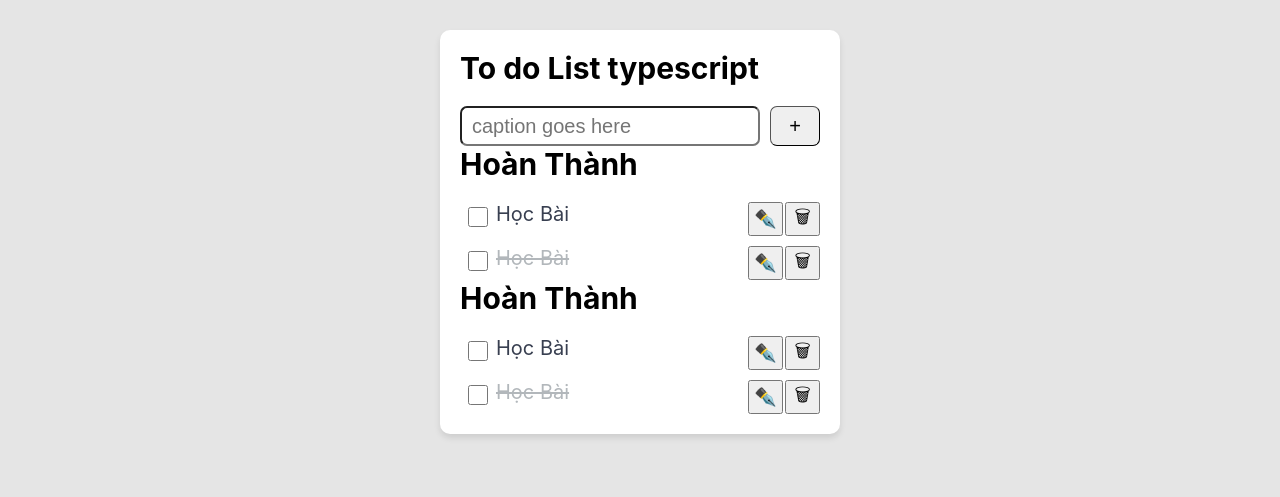
Repository: hungdomanh95/focus
Page: /
An editor plug-in stored every save of this project. The page is shown before and after the next save, followed by the edit.
The browser window is 1280 px wide. The pictures show the whole page.
The project was rebuilt for these pictures with package versions that can differ from the ones it lists, and the page was loaded fresh each time.

Above is the page before, as saved 2023-04-06 23:46:18.

### src/index.css
*{
 margin:0;
 padding:0;
 box-sizing: border-box;
}
html{
  font-size: 10px;
  --font-size:2rem
}
body {
  margin: 0;
  font-size: var(--font-size);
  font-family: -apple-system, BlinkMacSystemFont, 'Segoe UI', 'Roboto', 'Oxygen',
    'Ubuntu', 'Cantarell', 'Fira Sans', 'Droid Sans', 'Helvetica Neue',
    sans-serif;
  -webkit-font-smoothing: antialiased;
  -moz-osx-font-smoothing: grayscale;
  background-color: #e5e5e5;
}
input, button{
  font-size: var(--font-size);
  outline: 0;
}
code {
  font-family: source-code-pro, Menlo, Monaco, Consolas, 'Courier New',
    monospace;
}
.mb-2{
  margin-bottom: 2rem;
}

### src/App.tsx
import React, { useState } from "react";
import PushNotification from "./components/PushNotification";
import TodoList from "./components/TodoList";
function App() {

  return (
    <div className="App">
      {/* <PushNotification/> */}
      <TodoList/>
    </div>
  );
}

export default App;

### src/components/TodoList/index.ts
import TodoList from "./TodoList";

export default TodoList

### src/components/TodoList/TodoList.tsx
import React, { useState } from 'react'
import { Todo } from '../../@types/todo.type'
import TaskInput from '../TaskInput'
import TaskList from '../TaskList'
import styles from './todoList.module.scss'
function TodoList() {
  const [todos, setTodos] = useState<Todo[]>([])

  const doneTodos = todos.filter((todo) => todo.done)
  const notDoneTodos = todos.filter((todo) => !todo.done)

  const addTodo = (name: string) => {
    const todo: Todo = {
      name,
      done: false,
      id: new Date().toISOString()
    }
    setTodos((prev) => [...prev, todo])
  }

  const handleDoneTodo = (id: string, done: boolean) => {
    setTodos((prev) => {
      return prev.map((item) => {
        if (item.id === id) {
          return { ...item, done }
        }
        return item
      })
    })
  }
  console.log('todos: ', todos)

  return (
    <div className={styles.todoList}>
      <div className={styles.todoListContainer}>
        <TaskInput addTodo={addTodo} />
        <TaskList todos={notDoneTodos} handleDoneTodo={handleDoneTodo} />
        <TaskList doneTaskList todos={doneTodos} handleDoneTodo={handleDoneTodo} />
      </div>
    </div>
  )
}

export default TodoList

### src/components/TaskInput/index.ts
import TaskInput from "./TaskInput";

export default TaskInput

### src/components/TaskList/index.ts
import TaskList from "./TaskList";

export default TaskList

### src/components/TodoList/todoList.module.scss
.todoList{
  padding:3rem
}
.todoListContainer{
  background-color: #fff;
  max-width: 40rem;
  padding:2rem;
  margin-left: auto;
  margin-right: auto;
  border-radius: 1rem;
  box-shadow: 0px 4px 6px rgba(0,0,0,0.1);
}

### src/components/TaskInput/TaskInput.tsx
import React from 'react'
import styles from "./taskInput.module.scss"
function TaskInput() {
  return (
    <div>
      <h1 className={styles.title}>
        To do List typescript
      </h1>
      <form className={styles.form}>
        <input type="text" placeholder='caption goes here' />
        <button type="submit" >+</button>
      </form>
    </div>
  )
}

export default TaskInput

### src/components/TaskList/TaskList.tsx
import React from 'react'
import styles from './taskList.module.scss'
function TaskList() {
  return (
    <div>
      <h2 className={styles.title}>Hoàn Thành</h2>
      <div className={styles.tasks}>
        <div className={styles.task}>
          <input type='checkbox' className={styles.taskCheckbox} />
          <span className={styles.taskName}>Học Bài</span>
          <div className={styles.taskAction}>
            <button className={styles.taskBtn}>✒️</button>
            <button className={styles.taskBtn}>🗑</button>
          </div>
        </div>
        <div className={styles.task}>
          <input type='checkbox' className={styles.taskCheckbox} />
          <span className={`${styles.taskName} ${styles.taskNameDone}`}>Học Bài</span>
          <div className={styles.taskAction}>
            <button className={styles.taskBtn}>✒️</button>
            <button className={styles.taskBtn}>🗑</button>
          </div>
        </div>
      </div>
    </div>
  )
}

export default TaskList

### src/components/TaskInput/taskInput.module.scss
.title {
  font-size: 3rem;
  margin-bottom: 2rem;
}
.form {
  display: flex;
  align-items: center;
  input {
    height: 4rem;
    flex-grow: 1;
    margin-right: 1rem;
    border-radius: 0.7rem;
    padding: 0 1rem;
    border-width: 2px;
  }
  button {
    flex-shrink: 0;
    width: 5rem;
    height: 4rem;
    border-radius: 0.7rem;
    display: flex;
    justify-content: center;
    align-items: center;
    padding: 0;
    border-width: 1px;
  }
}

### src/components/TaskList/taskList.module.scss

.title{
  margin-bottom: 2rem;
}
.task{
  display: flex;
  align-items: flex-start;
  &:not(:last-child){
    margin-bottom: 1rem;
  }
}
.taskCheckbox{
  flex:0 0 10%;
  max-width: 10%;
  height: 2rem;
  margin-top: 0.5rem;
}
.taskName{
  flex:0 0 70%;
  max-width: 70%;
  padding:0 0 0.5rem;
  color:#383f50;
  &.taskNameDone{
    color:#b2b7bb;
    text-decoration: line-through;
  }
}
.taskAction{
  flex:0 0 20%;
  max-width: 20%;
  display: flex;
  justify-content: space-between;
}
.taskBtn{
  flex:0 0 3.5rem;
  max-width: 3.5rem;
  font-size: 1.8rem;
}

Loaded but not shown: public/index.html (common file); src/index.tsx (common file); src/reportWebVitals.ts (common file)

After the next save:
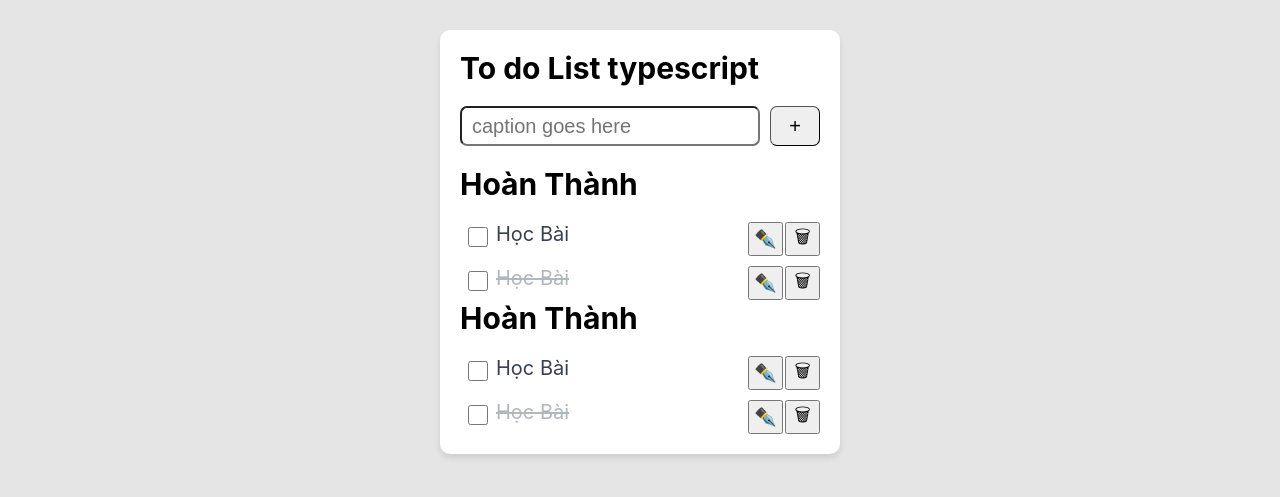
Saved 15 s later.
--- a/src/components/TaskInput/TaskInput.tsx
+++ b/src/components/TaskInput/TaskInput.tsx
@@ -2,7 +2,7 @@ import React from 'react'
 import styles from "./taskInput.module.scss"
 function TaskInput() {
   return (
-    <div>
+    <div className='mb-2'>
       <h1 className={styles.title}>
         To do List typescript
       </h1>
